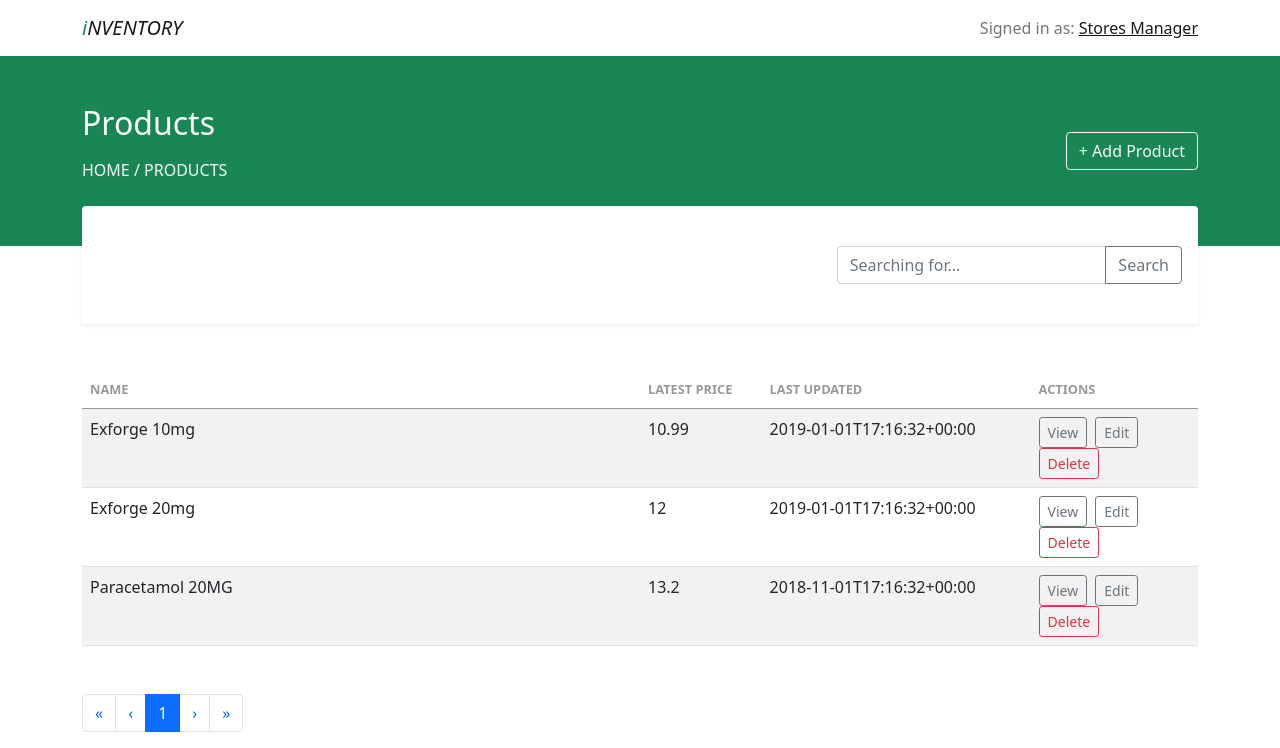
Repository: tHEO2k17/inventory-manager
Page: /
The author's editor kept a copy of each file at every save. The page is drawn from the files as they stood at one save, then again after the next save.
The browser window is 1280 px wide. The pictures show the whole page.
The project was rebuilt for these pictures with package versions that can differ from the ones it lists, and the page was loaded fresh each time. Also part of the build but not shown: src/presentation/components/ProductForm.tsx.

Above is the page before, as saved 2021-08-31 10:43:09.

### src/index.tsx
import React from 'react';
import ReactDOM from 'react-dom';
import './index.scss';
import App from './presentation/App';

ReactDOM.render(
  <React.StrictMode>
    <App />
  </React.StrictMode>,
  document.getElementById('root')
);

### src/index.scss
@import '~bootstrap/scss/bootstrap.scss';

// body{
//     background-color: #F2F2F2;
// }

.table thead tr > th{
    text-transform: uppercase;
    font-size: 0.8rem;
    color: #999;
}

.mtn-40{
    margin-top: -40px;
}

### src/presentation/App.tsx
import ProductsPage from './pages/ProductsPage';

export default function App() {
  return ( <ProductsPage/> );
}

### src/presentation/pages/ProductsPage.tsx
import { Component } from "react"
import { Button, Card, Col, Container, FormControl, InputGroup, Pagination, Row, Table } from "react-bootstrap";
import { mock } from "../../core/mock";
import Banner from "../components/Banner";
import Product from "../components/Product";
import TopBar from "../components/TopBar";

export default class ProductsPage extends Component {

    render() {
        return (
            <>
                <TopBar />
                <Banner />
                <Container>
                    <Card className="mtn-40 border-0 shadow-sm">
                        <Card.Body className="my-4">
                            <Row>
                                <Col md="4" className="offset-8">
                                    <InputGroup>
                                        <FormControl
                                            placeholder="Searching for..."
                                            aria-label="Searching for..."
                                            aria-describedby="basic-addon2"
                                        />
                                        <Button variant="outline-secondary" id="button-addon2"> Search</Button>
                                    </InputGroup>
                                </Col>
                            </Row>
                        </Card.Body>
                    </Card>
                    <Table striped className="mt-5">
                        <thead>
                            <tr>
                                <th>Name</th>
                                <th>Latest Price</th>
                                <th>Last Updated</th>
                                <th>Actions</th>
                            </tr>
                        </thead>
                        <tbody>
                            {
                                mock.products.map(product => <Product key={product.id} product={product} />)
                            }
                        </tbody>
                    </Table>
                    <Pagination className="mx-auto mt-5 text-secondary">
                        <Pagination.First />
                        <Pagination.Prev />
                        <Pagination.Item active>{1}</Pagination.Item>
                        <Pagination.Next />
                        <Pagination.Last />
                    </Pagination>
                </Container>
            </>
        );
    }
}

### src/core/mock.ts
export const mock = {
    "products": [
        {
            "id": 1,
            "name": "Exforge 10mg",
            "prices": [
                {
                    "id": 1,
                    "price": 10.99,
                    "date": "2019-01-01T17:16:32+00:00"
                },
                {
                    "id": 2,
                    "price": 9.20,
                    "date": "2018-11-01T17:16:32+00:00"
                }
            ]
        },
        {
            "id": 2,
            "name": "Exforge 20mg",
            "prices": [
                {
                    "id": 3,
                    "price": 12.00,
                    "date": "2019-01-01T17:16:32+00:00"
                },
                {
                    "id": 4,
                    "price": 13.20,
                    "date": "2018-11-01T17:16:32+00:00"
                }
            ]
        },
        {
            "id": 3,
            "name": "Paracetamol 20MG",
            "prices": [
                {
                    "id": 5,
                    "price": 5.00,
                    "date": "2017-01-01T17:16:32+00:00"
                },
                {
                    "id": 6,
                    "price": 13.20,
                    "date": "2018-11-01T17:16:32+00:00"
                }
            ]
        }
    ]
};

### src/presentation/components/Banner.tsx
import { useState } from "react";
import { Button, Col, Container, Modal, Row } from "react-bootstrap";
import ProductForm from "./ProductForm";

const Banner = () => {
    const [show, setShow] = useState(false);

    const handleClose = () => setShow(false);
    const handleShow = () => setShow(true);

    return (
        <>
            <section className="bg-success">
                <Container className="py-5 text-white">
                    <Row className="align-items-center">
                        <Col>
                            <h2>Products</h2>
                            <p className="text-light mt-3 fw-light fs-6">HOME / PRODUCTS</p>
                        </Col>
                        <Col>
                            <Button variant="outline-light" className="float-end" onClick={handleShow}>+ Add Product</Button>
                        </Col>
                    </Row>
                </Container>
            </section>

            <Modal show={show} onHide={handleClose}>
                <Modal.Header closeButton> New Product</Modal.Header>
                <Modal.Body><ProductForm/></Modal.Body>
            </Modal>
        </>
    );
}

export default Banner;

### src/presentation/components/Product.tsx
import { Button } from "react-bootstrap"
import moment from 'moment';

const Product = ({ product }: ProductProps) => {

    const findLatestPriceInfo = (prices: any[]): any => {
        return prices.reduce(
            (acc: any, value: any) =>
                moment(acc.date).isAfter(value.date)
                    ? acc
                    : value
        );
    }

    return (
        <tr>
            <td width="50%">{product.name}</td>
            <td>{findLatestPriceInfo(product.prices).price}</td>
            <td>{findLatestPriceInfo(product.prices).date}</td>
            <td width="15%">
                <Button size="sm" variant="outline-secondary">View</Button>
                <Button size="sm" variant="outline-secondary" className="mx-2">Edit</Button>
                <Button size="sm" variant="outline-danger">Delete</Button>
            </td>
        </tr>
    );

}

export default Product;

type ProductProps = {
    key: any,
    product: any
}

### src/presentation/components/TopBar.tsx
import { Container, Navbar } from "react-bootstrap";

const TopBar = () => {
    return (
        <Navbar>
            <Container>
                <Navbar.Brand href="#home" className="fst-italic"><span className="text-success">i</span>NVENTORY</Navbar.Brand>
                <Navbar.Toggle />
                <Navbar.Collapse className="justify-content-end">
                    <Navbar.Text>
                        Signed in as: <a href="#login">Stores Manager</a>
                    </Navbar.Text>
                </Navbar.Collapse>
            </Container>
        </Navbar>
    );
}

export default TopBar;

Loaded but not shown: public/index.html (common file)

After the next save:
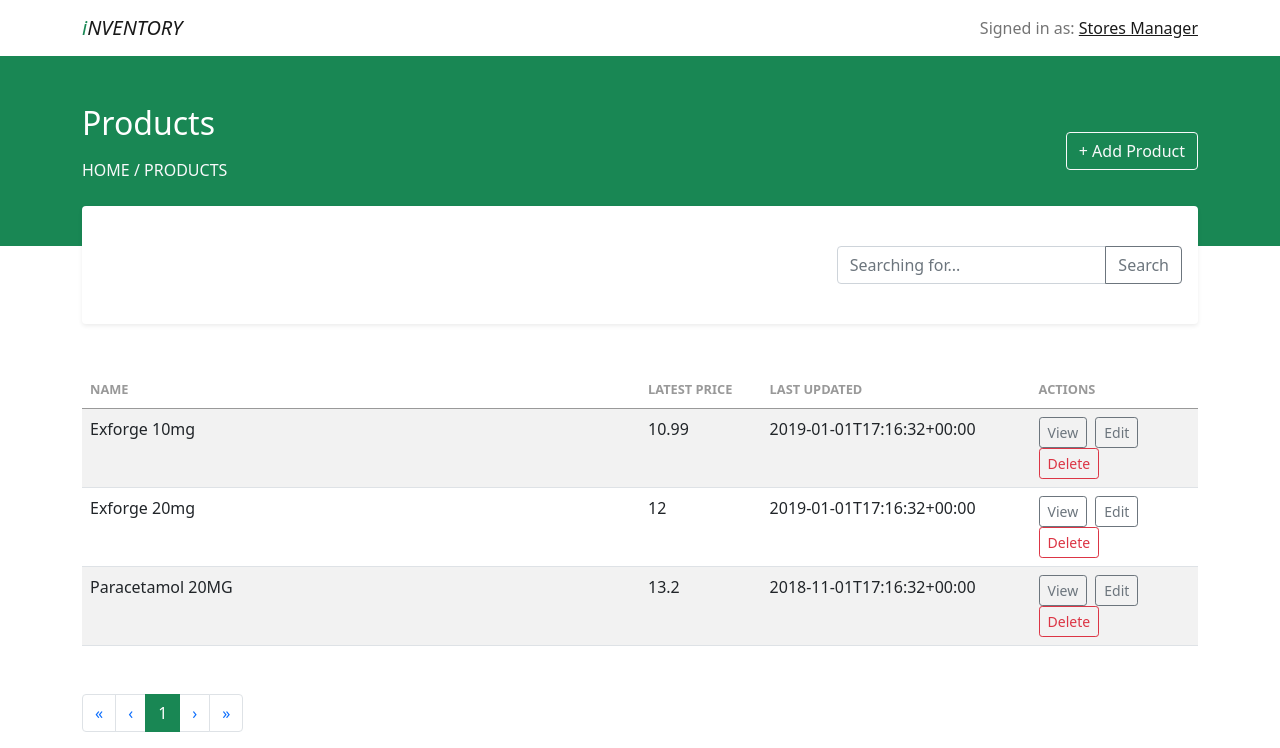
Saved 56 s later.
--- a/src/index.scss
+++ b/src/index.scss
@@ -13,3 +13,10 @@
 .mtn-40{
     margin-top: -40px;
 }
+
+.page-item.active .page-link {
+    z-index: 3;
+    color: #fff;
+    background-color: #198754;
+    border-color: #198754;
+    }
